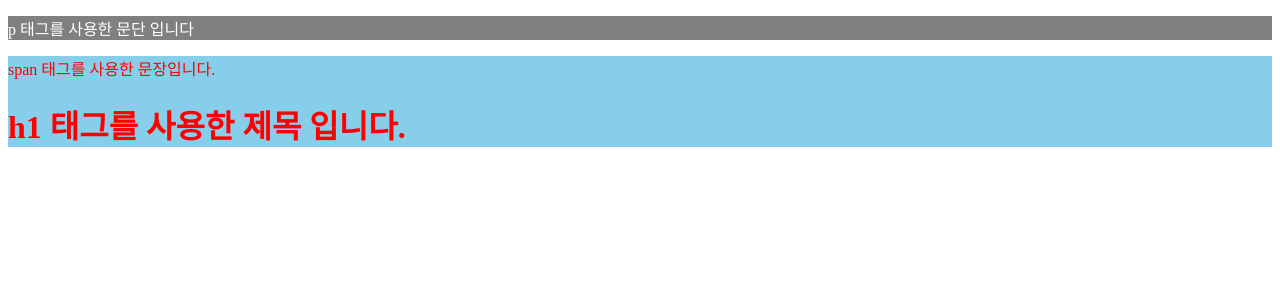
Repository: SeungwanHong/Web-jsp-
Page: 20170413/WebContent/main06.html
An editor plug-in stored every save of this project. The page is shown before and after a run of saves, followed by the edit.
The browser window is 1280 px wide. The pictures show the whole page.

Above is the page before, as saved 2017-04-13 04:25:43.

After the next 2 saves:
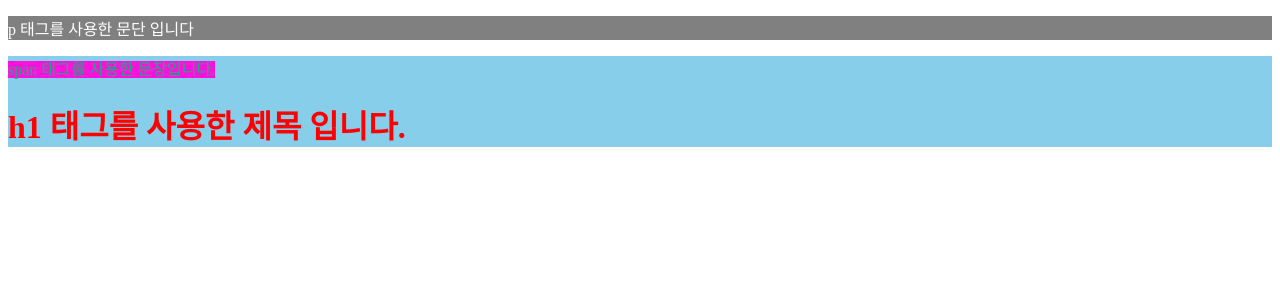
The 2 saves are shown as one change because they came seconds apart.
The last was saved 2 min 16 s later.
--- a/20170413/WebContent/main06.html
+++ b/20170413/WebContent/main06.html
@@ -32,6 +32,10 @@
 		background-color: skyblue;
 		color : red;
 	}
+	span{
+		background-color: #ff11dd;
+		color: #15ad81
+	}
 </style>
 
 </head>
